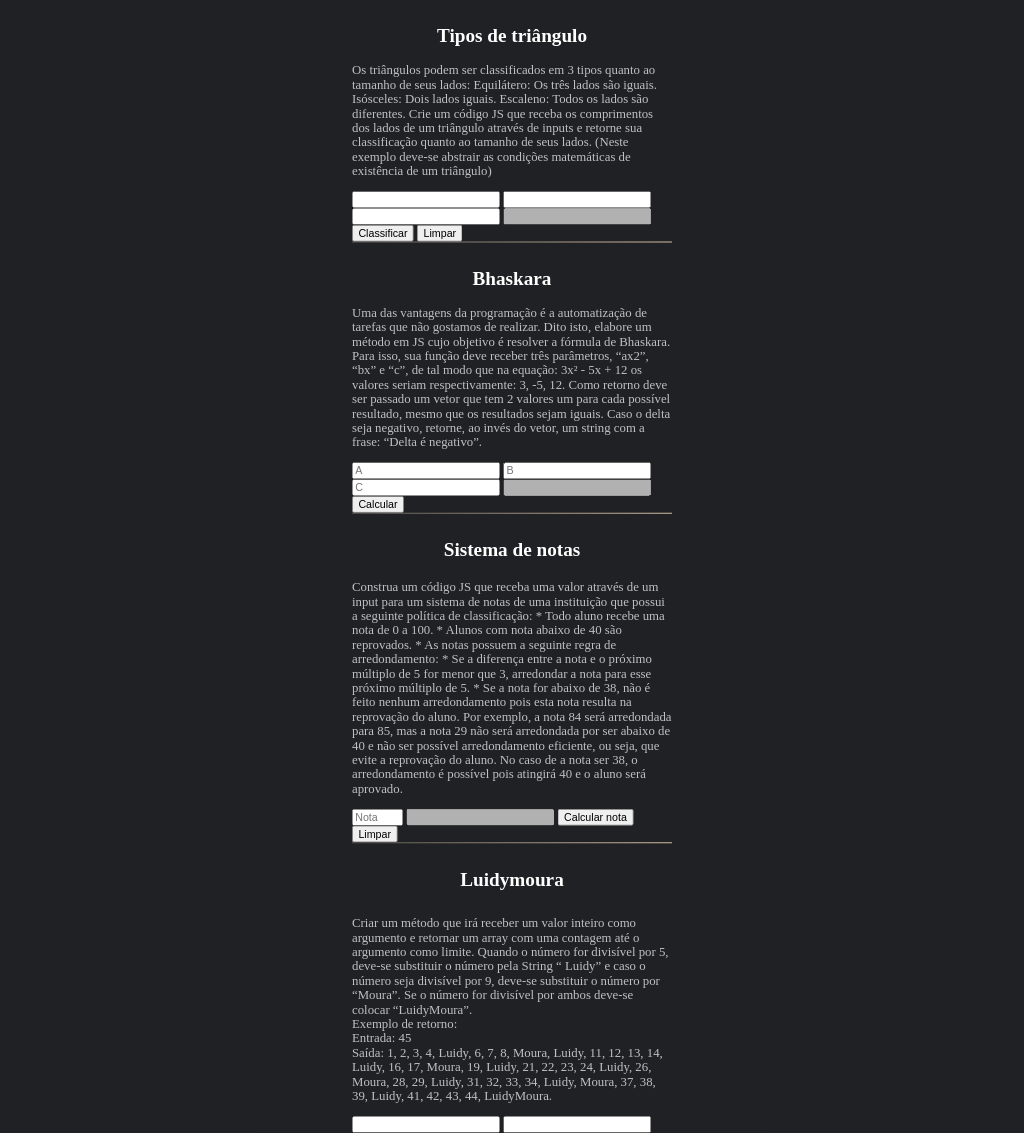
Repository: viviij/Fun-es-Simples-JavaScript
Page: index.html
These files come from the project's save history. The page is drawn as it stood at one moment and after the next save; the edit follows.
The browser window is 1280 px wide. The pictures show the whole page, at 80% of full size.

Above is the page before, as saved 2022-08-26 18:43:02.

### index.html
<!DOCTYPE html>
<html lang="ptBR">
  <head>
    <meta charset="UTF-8">
    <meta http-equiv="X-UA-Compatible" content="IE=edge">
    <meta name="viewport" content="width=device-width, initial-scale=1.0">
    <link rel="stylesheet" href="styles.css">
    <title>Prova C3C</title>
  </head>
  <body>
    <div class="container">
      <section class="Tipos de Triângulo">
        <header>
          <h1>Tipos de triângulo</h1>
          <p>
            Os triângulos podem ser classificados em 3 tipos quanto ao tamanho de seus lados:

            Equilátero: Os três lados são iguais.
            Isósceles: Dois lados iguais.
            Escaleno: Todos os lados são diferentes.

            Crie um código JS que receba os comprimentos dos lados de um triângulo através de inputs e retorne sua classificação quanto ao tamanho de seus lados. (Neste exemplo deve-se abstrair as condições matemáticas de existência de um triângulo)
          </p>

        </header>
        <div class="main">
          <input type="number" name="trianguloLado1" id="trianguloLado1"/>
          <input type="number" name="trianguloLado2" id="trianguloLado2"/>
          <input type="number" name="trianguloLado3" id="trianguloLado3"/>

          <input type="text" name="tipoDeTriangulo" id="tipoDeTriangulo" disabled/>

          <button id="classificacaoTriangulo">Classificar</button>
          <button id="limparInputBotao">Limpar</button>
        </div>
      </section>

      <div class="linhaDeDivisaoDasQuestoes"></div>

      <section class="Bhaskara">
        <header>
          <h2>Bhaskara</h2>
          <p>Uma das vantagens da programação é a automatização de tarefas que não gostamos de realizar. Dito isto, elabore um método em JS cujo objetivo é resolver a fórmula de Bhaskara.

            Para isso, sua função deve receber três parâmetros, “ax2”, “bx” e “c”, de tal modo que na equação: 3x² - 5x + 12 os valores seriam respectivamente: 3, -5, 12.

            Como retorno deve ser passado um vetor que tem 2 valores um para cada possível resultado, mesmo que os resultados sejam iguais.

            Caso o delta seja negativo, retorne, ao invés do vetor, um string com a frase: “Delta é negativo”.</p>
        </header>
        <div class="main">
          <input type="number" name="bhaskaraValorA" id="bhaskaraValorA" placeholder="A"/>
          <input type="number" name="bhaskaraValorB" id="bhaskaraValorB" placeholder="B"/>
          <input type="number" name="bhaskaraValorC" id="bhaskaraValorC" placeholder="C"/>

          <input type="text" name="resultadoBhaskara" id="resultadoBhaskara" disabled/>
          <button id="calcularBhaskara">Calcular</button>
        </div>
      </section>

      <div class="linhaDeDivisaoDasQuestoes"></div>

      <section class="Sistema de Notas">
        <header>
          <h3>Sistema de notas</h3>
          <p>Construa um código JS que receba uma valor através de um input para um sistema de notas de uma instituição que possui a seguinte política de classificação:

          * Todo aluno recebe uma nota de 0 a 100.
          * Alunos com nota abaixo de 40 são reprovados.
          * As notas possuem a seguinte regra de arredondamento:
            * Se a diferença entre a nota e o próximo múltiplo de 5 for menor que 3, arredondar a nota para esse próximo múltiplo de 5.
            * Se a nota for abaixo de 38, não é feito nenhum arredondamento pois esta nota resulta na reprovação do aluno.

          Por exemplo, a nota 84 será arredondada para 85, mas a nota 29 não será arredondada por ser abaixo de 40 e não ser possível arredondamento eficiente, ou seja, que evite a reprovação do aluno.
          No caso de a nota ser 38, o arredondamento é possível pois atingirá 40 e o aluno será aprovado.</p>
        </header>
        <div class="main">
          <input type="number" name="notaRecebida" id="notaRecebida"  min="0" max="100" placeholder="Nota"/>

          <input type="text" name="arredondamentoNota" id="arredondamentoNota" disabled/>

          <button id="calcularNota">Calcular nota</button>
          <button id="limparNota">Limpar</button>
        </div>
      </section>

      <div class="linhaDeDivisaoDasQuestoes"></div>

      <section class="LuidyMoura">
        <header>
          <h4>Luidymoura</h4>
          <p>Criar um método que irá receber um valor inteiro como argumento e retornar um array com uma contagem até o argumento como limite.

          Quando o número for divisível por 5, deve-se substituir o número pela String “ Luidy” e caso o número seja divisível por 9, deve-se substituir o número por  “Moura”.
          Se o número for divisível por ambos deve-se colocar “LuidyMoura”.
          <br/>
          Exemplo de retorno:
          <br/>

          Entrada:
          45
          <br/>

          Saída:
          1, 2, 3, 4, Luidy, 6, 7, 8, Moura, Luidy, 11, 12, 13, 14, Luidy, 16, 17, Moura, 19, Luidy, 21, 22, 23, 24, Luidy, 26, Moura, 28, 29, Luidy, 31, 32, 33, 34, Luidy, Moura, 37, 38, 39, Luidy, 41, 42, 43, 44, LuidyMoura.</p>
        </header>
        <div class="main">
          <input type="number" name="valorLuidyMoura" id="valorLuidyMoura">
          <input type="text" name="resultadoLuidyMoura" id="resultadoLuidyMoura">
        </div>
      </section>
    </div>
    <script src="./js/tipos_de_triangulo.js"></script>
    <script src="./js/sistema_de_notas.js"></script>
    <script src="./js/luidymoura.js"></script>
    <script src="./js/bhaskara.js"></script>
  </body>
</html>

### styles.css
body {
  margin: 0;
  padding: 0;
  box-sizing: border-box;
  background: var(--background-color);
  display: flex;
  justify-content: center;
}

a {
  text-decoration: none;
}

ul {
  list-style: none;
}

:root {
  /*CORES GLOBAIS*/
  --text-color: #bdc1c6;
  --background-color: #202124;
  --title-color: #ffffff;

}

.container section {
  max-height: auto;
  max-width: 400px;
}

section {
  color: var(--text-color);
  margin-top: 2rem;
}

.container .linhaDeDivisaoDasQuestoes {
  height: 1px;
  background: linear-gradient(270deg,
      hsla(33, 100%, 88%, 1) 0%,
      hsla(33, 65%, 88%, 0.34) 100%);
}

section h1,
h2,
h3,
h4,
h5 {
  display: flex;
  justify-content: center;
  font-size: 1.5rem;
  color: var(--title-color);
}

.container .questao_1 {}

.container .questao_2 {}

.container .questao_3 {}

.container .questao_4 {}

### js/tipos_de_triangulo.js
//Selecionando itens do HTML
const trianLado1 = document.querySelector("#trianguloLado1");
const trianLado2 = document.querySelector("#trianguloLado2");
const trianLado3 = document.querySelector("#trianguloLado3");
const tipoDeTrian = document.querySelector("#tipoDeTriangulo");
const classTrian = document.querySelector("#classificacaoTriangulo") ;
const limparInput = document.querySelector("#limparInputBotao");
//Marcar "erro" caso alguma resposta nao seja preenchida
trianLado1.onblur = () => {
  if(trianLado1.value == "") {
    trianLado1.style = "border-color: #aa0044";
  }else{
    trianLado1.style = "color: #000000";
  }
}

trianLado2.onblur = () => {
  if(trianLado2.value == "") {
    trianLado2.style = "border-color: #aa0044";
  }else{
    trianLado2.style = "color: #000000";
  }
}

trianLado3.onblur = () => {
  if(trianLado3.value == "") {
    trianLado3.style = "border-color: #aa0044";
  }else{
    trianLado3.style = "color: #000000";
  }
}

//Limpar input apos clicar no botao Limpar
limparInput.onclick = () => {
  trianLado1.value = "";
  trianLado2.value = "";
  trianLado3.value = "";
  tipoDeTrian.value = "";
}

//Classificar o tipo de triangulo apos clicar no botao Classificar
classTrian.onclick = () => {
  //Dar foco no input vazio
  if (trianLado1.value == "" && trianLado2.value != "" && trianLado3.value != "") {
    trianLado1.focus();
  }else if (trianLado2.value == "" && trianLado1.value != "" && trianLado3.value != "") {
    trianLado2.focus();
  }else if (trianLado3.value == "" && trianLado1.value != "" && trianLado2.value != "") {
    trianLado3.focus();
  }

  if (trianLado1.value != trianLado2.value && trianLado1.value != trianLado3.value && trianLado2.value != trianLado3.value) {
    tipoDeTrian.value = "Escaleno: Todos os lados são diferentes.";

  }else if (trianLado1.value == trianLado2.value && trianLado1.value == trianLado3.value && trianLado2.value == trianLado3.value) {
    tipoDeTrian.value = "Equilátero: Os três lados são iguais.";

  }else{
    tipoDeTrian.value = "Isósceles: Dois lados iguais.";

  }
}

### js/sistema_de_notas.js
const notaRec = document.querySelector("#notaRecebida");
const arreNota = document.querySelector("#arredondamentoNota");
const calcNota = document.querySelector("#calcularNota");
const limparNota = document.querySelector("#limparNota")

//Marcar "erro" caso alguma resposta nao seja preenchida
notaRec.onblur = () => {
  if(notaRec.value == "") {
    notaRec.style = "border-color: #aa0044";
  }else{
    notaRec.style = "color: #000000";
  }
}

//Limpar input apos clicar no botao Limpar
limparNota.onclick = () => {
  notaRec.value = "";
  arreNota.value = "";
}

calcNota.onclick = () => {
  //Dar foco no input vazio
  if (notaRec.value == "") {
    notaRec.focus();
  }

  //Função do calculo da nota
  if (notaRec.value > 100 || notaRec.value < 0) {
    arreNota.value = "Valor inválido! Por favor digite um numero de 0 a 100.";
  }else if (notaRec.value < 38) {
    return arreNota.value = "Nem com milagre esse ser vai passar :("
  }

  const tabuadaDo5 = [5, 10, 15, 20, 25, 30, 35, 40, 45, 50, 55, 60, 65, 70, 75, 80, 85, 90, 95, 100];

  for (let i in tabuadaDo5) {
    const int = (nota) => {
      nota = Number.parseFloat(nota);
      return nota
    }
    console.log(tabuadaDo5[i], "aa")
    if (int(notaRec.value)+2 >= tabuadaDo5[i] && tabuadaDo5[i] > int(notaRec.value)) {
      arreNota.value = tabuadaDo5[i];
      console.log(arreNota.value)
      break
    }
  }
}

### js/luidymoura.js
const valorLuidyM = document.querySelector("#valorLuidyMoura")
const calcLuidyM = document.querySelector("#calculoLuidyMoura")
function range(n) {//Função para ir do 0 até o número x
  const listaNumerica = []
  for (i = 0; i < n; i++) {
    listaNumerica.push(i+1)
  }

  return listaNumerica
}
const lista = range(valorLuidyM.value)

function divisivelPor5e9(lista) {
  for (let contador in lista) {
    //Divisivel apenas por 9
    if (lista[contador] % 9 == 0 ^ lista[contador] % 5 == 0) {
      console.log("Luidy")
    }

    //divisivel apenas por 5
    if (lista[contador] % 9 == 0 ^ lista[contador] % 5 == 0) {
      console.log(lista[contador], "Moura")
    }

    //divisivel por 5 e 9
    if (lista[contador] % 9 == 0 && lista[contador] % 5 == 0) {
      console.log(lista[contador], "LuidyMoura")
    }else {
      console.log(lista[contador])
    }
  }
}

### js/bhaskara.js
//Selecionando itens do HTML
const bhaskaVA = document.querySelector("#bhaskaraValorA");
const bhaskaVB = document.querySelector("#bhaskaraValorB");
const bhaskaVC = document.querySelector("#bhaskaraValorC");
const resBhaska = document.querySelector("#resultadoBhaskara");
const calcBhaska = document.querySelector("#calcularBhaskara");
//Marcar "erro" caso alguma resposta nao seja preenchida
bhaskaVA.onblur = () => {
  if(bhaskaVA.value == "") {
    bhaskaVA.style = "border-color: #aa0044";
  }else{
    bhaskaVA.style = "color: #000000";
  }
}

bhaskaVB.onblur = () => {
  if(bhaskaVB.value == "") {
    bhaskaVB.style = "border-color: #aa0044";
  }else{
    bhaskaVB.style = "color: #000000";
  }
}

bhaskaVC.onblur = () => {
  if(bhaskaVC.value == "") {
    bhaskaVC.style = "border-color: #aa0044";
  }else{
    bhaskaVC.style = "color: #000000";
  }
}

//Calcular os valores de bhaskara


calcBhaska.onclick = () => {
  //Dar foco no input vazio
  if (bhaskaVA.value == "" && bhaskaVB.value != "" && bhaskaVC.value != "") {
    bhaskaVA.focus();
  }else if (bhaskaVB.value == "" && bhaskaVA.value != "" && bhaskaVC.value != "") {
    bhaskaVB.focus();
  }else if (bhaskaVC.value == "" && bhaskaVA.value != "" && bhaskaVB.value != "") {
    bhaskaVC.focus();
  }

  if (bhaskaVC.value != "" && bhaskaVA.value != "" && bhaskaVB.value != ""){
    //Função de bhaskara
    const valorDelta = (bhaskaVB.value*bhaskaVB.value) - 4*bhaskaVA.value*(bhaskaVC.value);

    if(valorDelta < 0) {
      resBhaska.value = "Delta é negativo";
    }else{
      let calculoDeX = (-bhaskaVB.value+Math.sqrt(valorDelta))/(2*bhaskaVA.value);
      let calculoDeX2 = (-bhaskaVB.value-Math.sqrt(valorDelta))/(2*bhaskaVA.value);
      bhaskaVA.value = ""
      bhaskaVB.value = ""
      bhaskaVC.value = ""

      resBhaska.value = [calculoDeX, calculoDeX2];
    }
  }
}

After the next save:
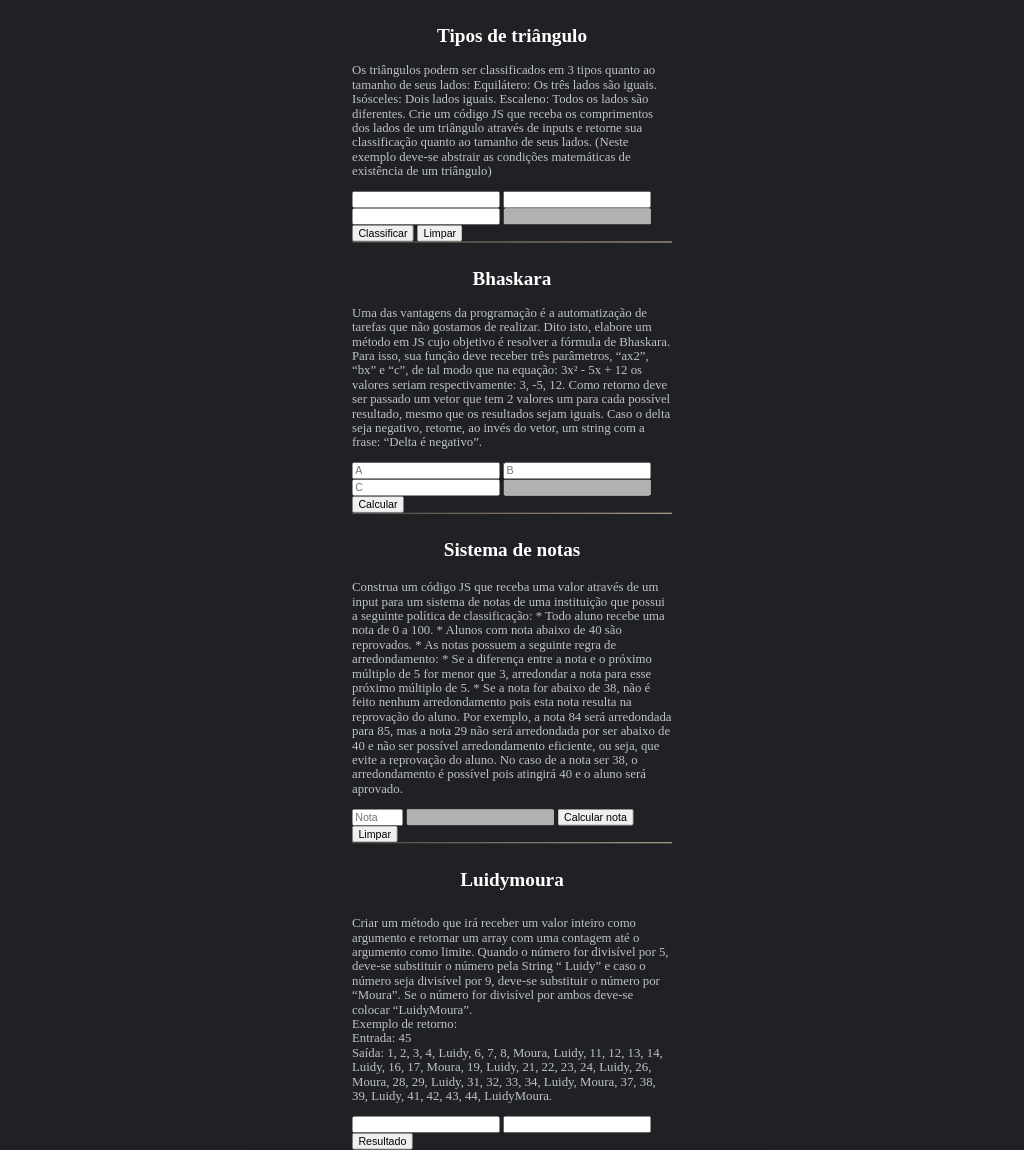
Saved 1 s later.
--- a/index.html
+++ b/index.html
@@ -106,7 +106,8 @@
         </header>
         <div class="main">
           <input type="number" name="valorLuidyMoura" id="valorLuidyMoura">
-          <input type="text" name="resultadoLuidyMoura" id="resultadoLuidyMoura">
+          <input type="text" name="calculoLuidyMoura" id="calculoLuidyMoura">
+          <button class="saidaLuidyM">Resultado</button>
         </div>
       </section>
     </div>
